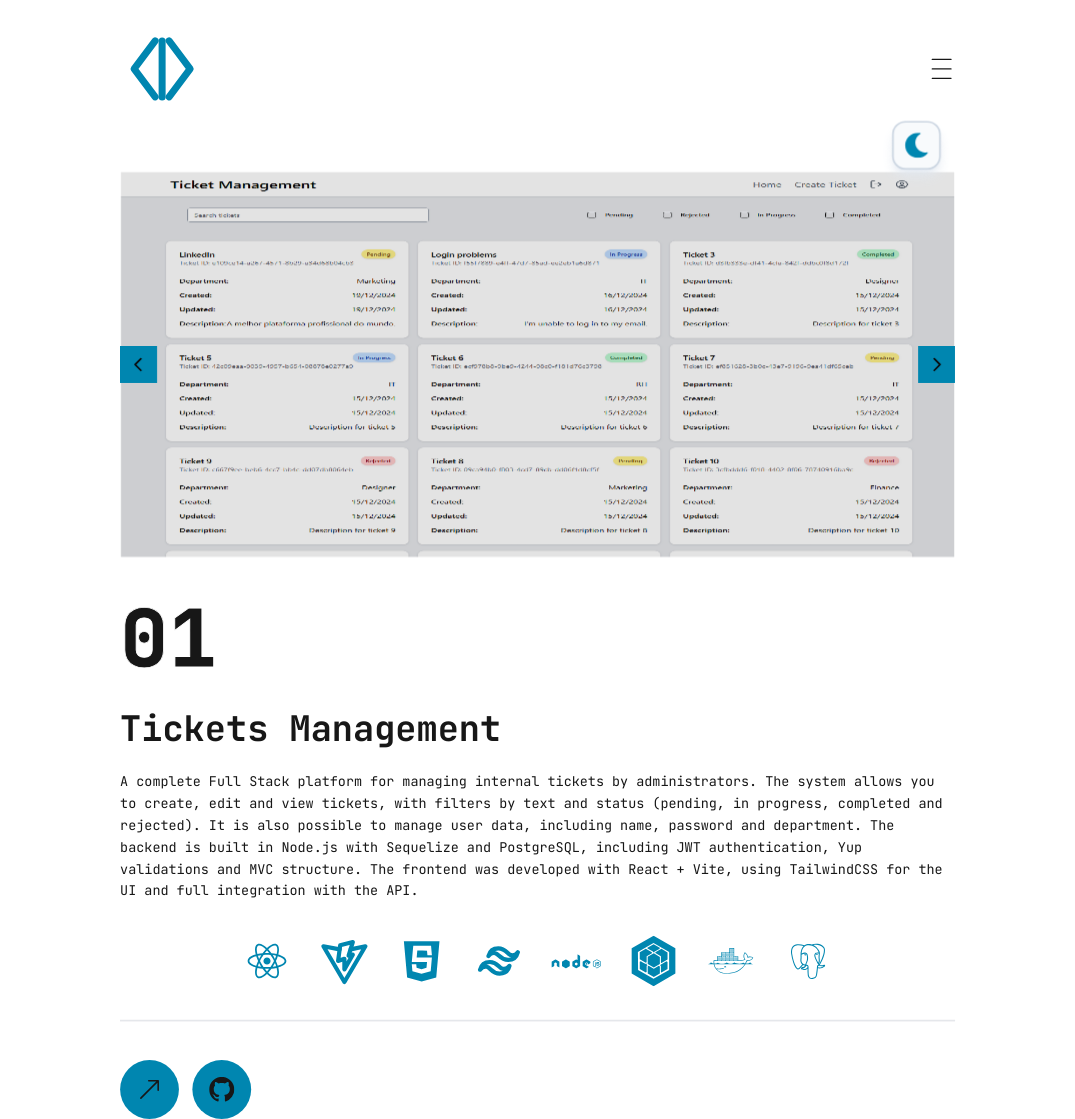
Repository: sergioscker/sergio-portfolio
Page: /work
These files come from the project's save history. The page is drawn as it stood at one moment and after the next save; the edit follows.
The browser window is 1280 px wide. The pictures show the whole page, at 84% of full size.
The project was rebuilt for these pictures with package versions that can differ from the ones it lists, and the page was loaded fresh each time. The framework's server and built-in components were replaced by stand-ins that run in the browser. Also part of the build but not shown: next.config.mjs.

Above is the page before, as saved 2025-05-19 21:29:41.

After the next save:
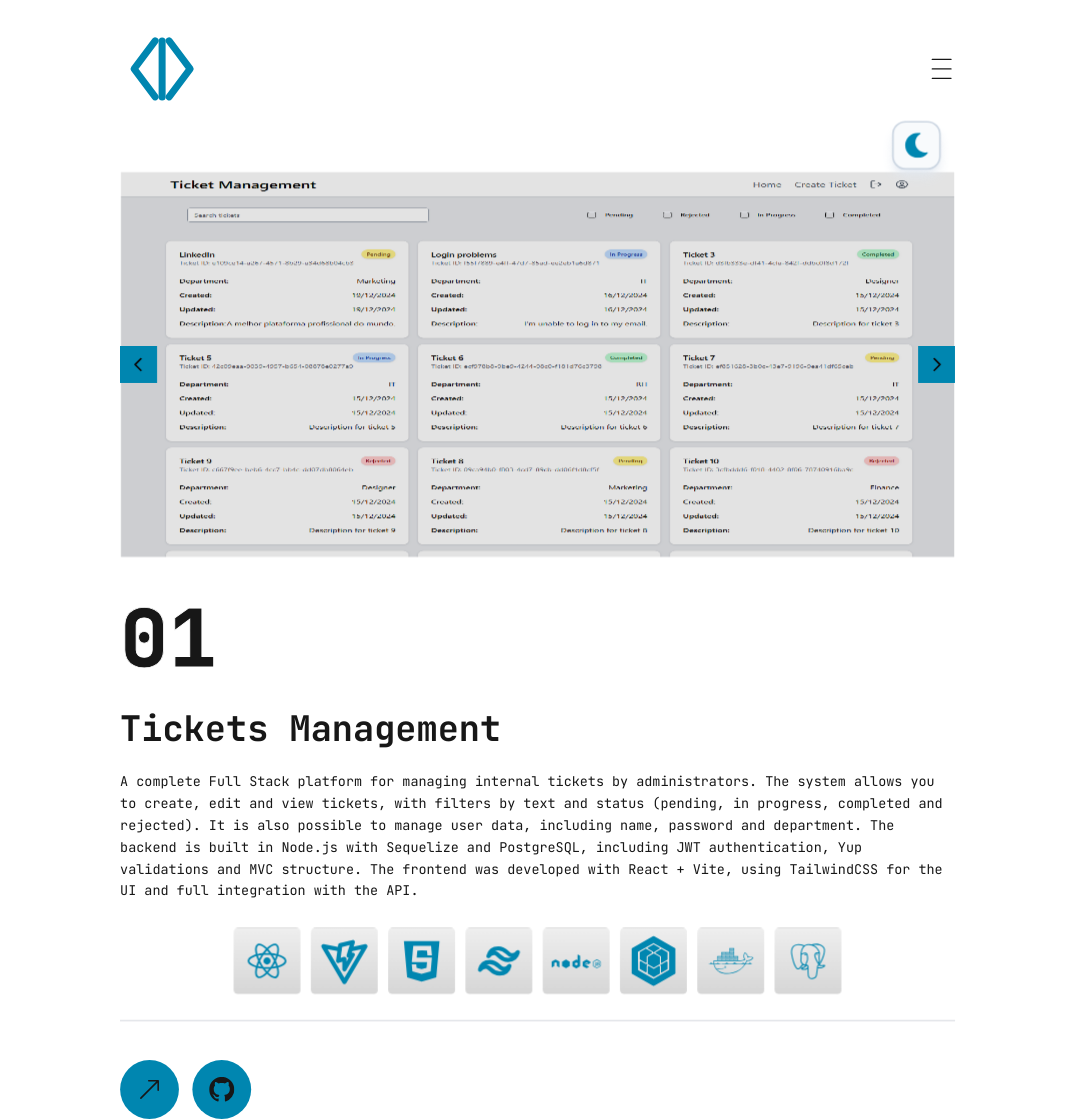
Saved 33 s later.
--- a/app/work/page.jsx
+++ b/app/work/page.jsx
@@ -274,7 +274,7 @@ const Work = () => {
                     <li key={index} className="text-xl text-accent">
                       <TooltipProvider delayDuration={100}>
                         <Tooltip>
-                          <TooltipTrigger className="w-[80px] h-[80px] p-8 rounded-md bg-white/5 flex justify-center items-center group">
+                          <TooltipTrigger className="w-[80px] h-[80px] p-8 rounded-md  bg-gradient-to-b from-[#8c8c8c25] to-[#3d3d3d36] backdrop-blur-[4px] border border-white/10 flex justify-center items-center group">
                             <span className="dark:text-white text-4xl group-hover:text-accent-hover">
                               {item.icon}
                             </span>
